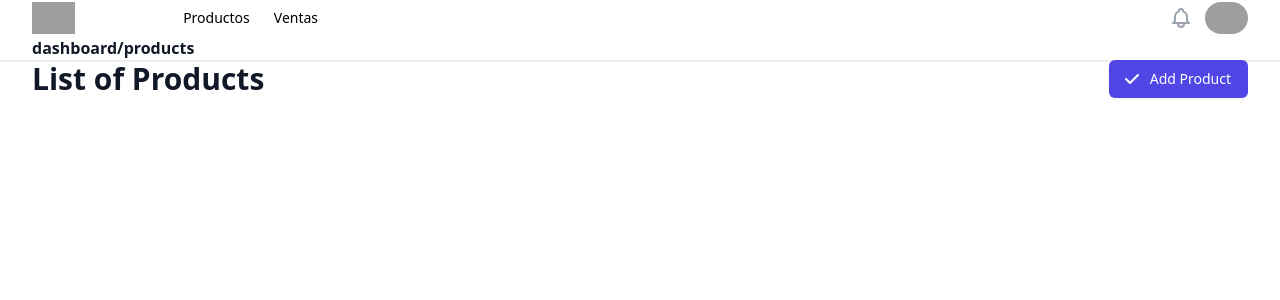
Repository: pvelosa/next-dashboard
Page: /dashboard/products
The author's editor kept a copy of each file at every save. The page is drawn from the files as they stood at one save, then again after the next save.
The browser window is 1280 px wide. The pictures show the whole page.
Pictures or frames that could not be fetched are drawn as grey boxes. The page's requests for data from a server got no answer. The project was rebuilt for these pictures with package versions that can differ from the ones it lists, and the page was loaded fresh each time. The framework's server and built-in components were replaced by stand-ins that run in the browser. No one was signed in, and anything a server would have sent is missing. Also part of the build but not shown: next.config.js, services/api/products.js, components/FormProduct.js.

Above is the page before, as saved 2022-06-03 07:36:30.

After the next save:
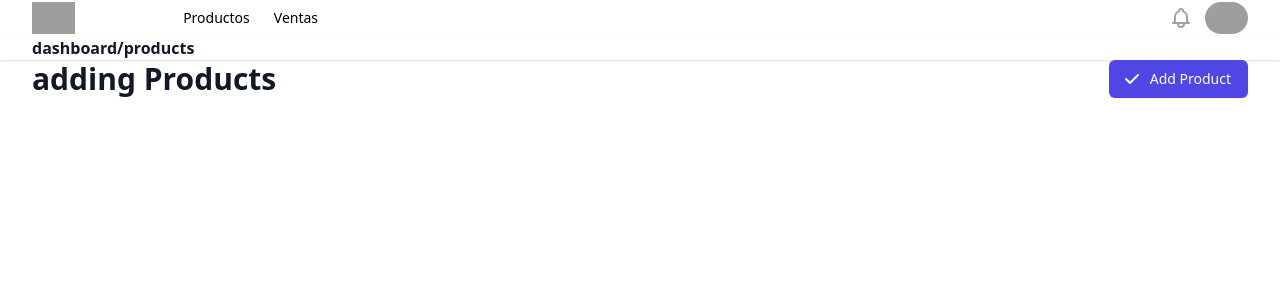
Saved 68 s later.
--- a/pages/dashboard/products.js
+++ b/pages/dashboard/products.js
@@ -102,7 +102,7 @@ export default function Products() {
       </Modal>
       <div className="lg:flex lg:items-center lg:justify-between mb-8">
         <div className="flex-1 min-w-0">
-          <h2 className="text-2xl font-bold leading-7 text-gray-900 sm:text-3xl sm:truncate">List of Products</h2>
+          <h2 className="text-2xl font-bold leading-7 text-gray-900 sm:text-3xl sm:truncate">adding Products</h2>
         </div>
         <div className="mt-5 flex lg:mt-0 lg:ml-4">
           <span className="sm:ml-3">
